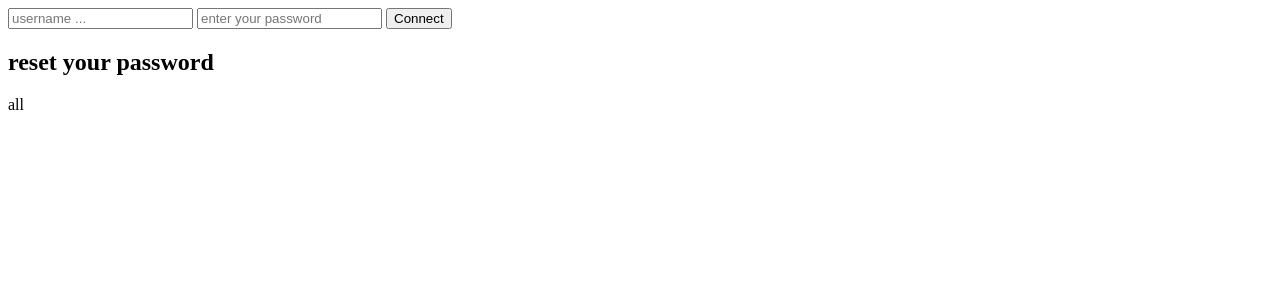
Repository: beva3/javaScrypt
Page: filter/index.html
These files come from the project's save history. The page is drawn as it stood at one moment and after a run of saves; the edit follows.
The browser window is 1280 px wide. The pictures show the whole page.

Above is the page before, as saved 2024-05-11 22:30:35.

### filter/index.html
<!DOCTYPE html>
<html lang="en">
<head>
    <meta charset="UTF-8">
    <meta name="viewport" content="width=device-width, initial-scale=1.0">
    <title>filter</title>
</head>
<body>
    <div class="session">
        <form>
            <input type="text" placeholder="username ..." required >
            <input type="password"  id="passwd" placeholder="enter your password" required>
            <input type="submit" value="Connect">
        </form>
    </div>
    <div class="message">
        <h2>reset your password</h2>
        <p id="invalide" class="letter">all</p>
    </div>
</body>
</html>

After the next 3 saves:
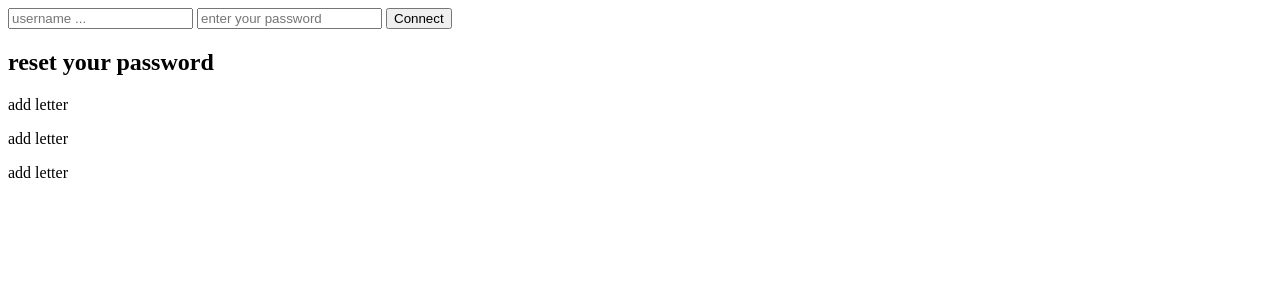
The 3 saves are shown as one change because they came seconds apart.
The last was saved 11 s later.
--- a/filter/index.html
+++ b/filter/index.html
@@ -15,7 +15,9 @@
     </div>
     <div class="message">
         <h2>reset your password</h2>
-        <p id="invalide" class="letter">all</p>
+        <p id="invalide" class="letter">add letter</p>
+        <p id="invalide" class="letter">add letter</p>
+        <p id="invalide" class="letter">add letter</p>
     </div>
 </body>
 </html>
